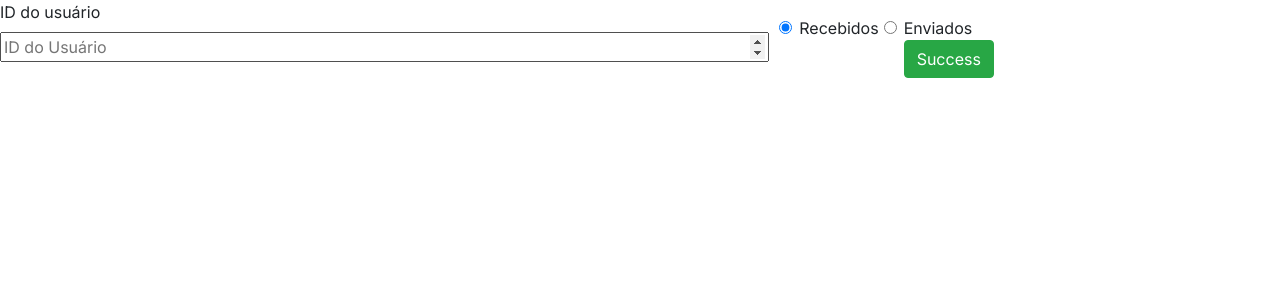
Repository: mateusilva8/tarefa-pix
Page: frontend/index.html
An editor plug-in stored every save of this project. The page is shown before and after the next save, followed by the edit.
The browser window is 1280 px wide. The pictures show the whole page.

Above is the page before, as saved 2023-10-21 19:27:09.

After the next save:
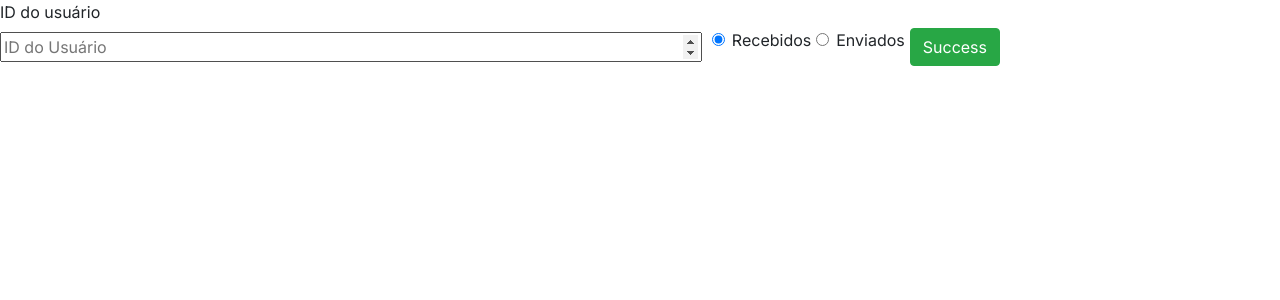
Saved 16 s later.
--- a/frontend/index.html
+++ b/frontend/index.html
@@ -27,8 +27,8 @@
           <label class="form-check-label" for="exampleRadios2">
             Enviados
           </label>
-          <button type="button" class="btn btn-success">Success</button>
         </div>
+        <button type="button" class="btn btn-success">Success</button>
       </div>
     </div>
   </div>
